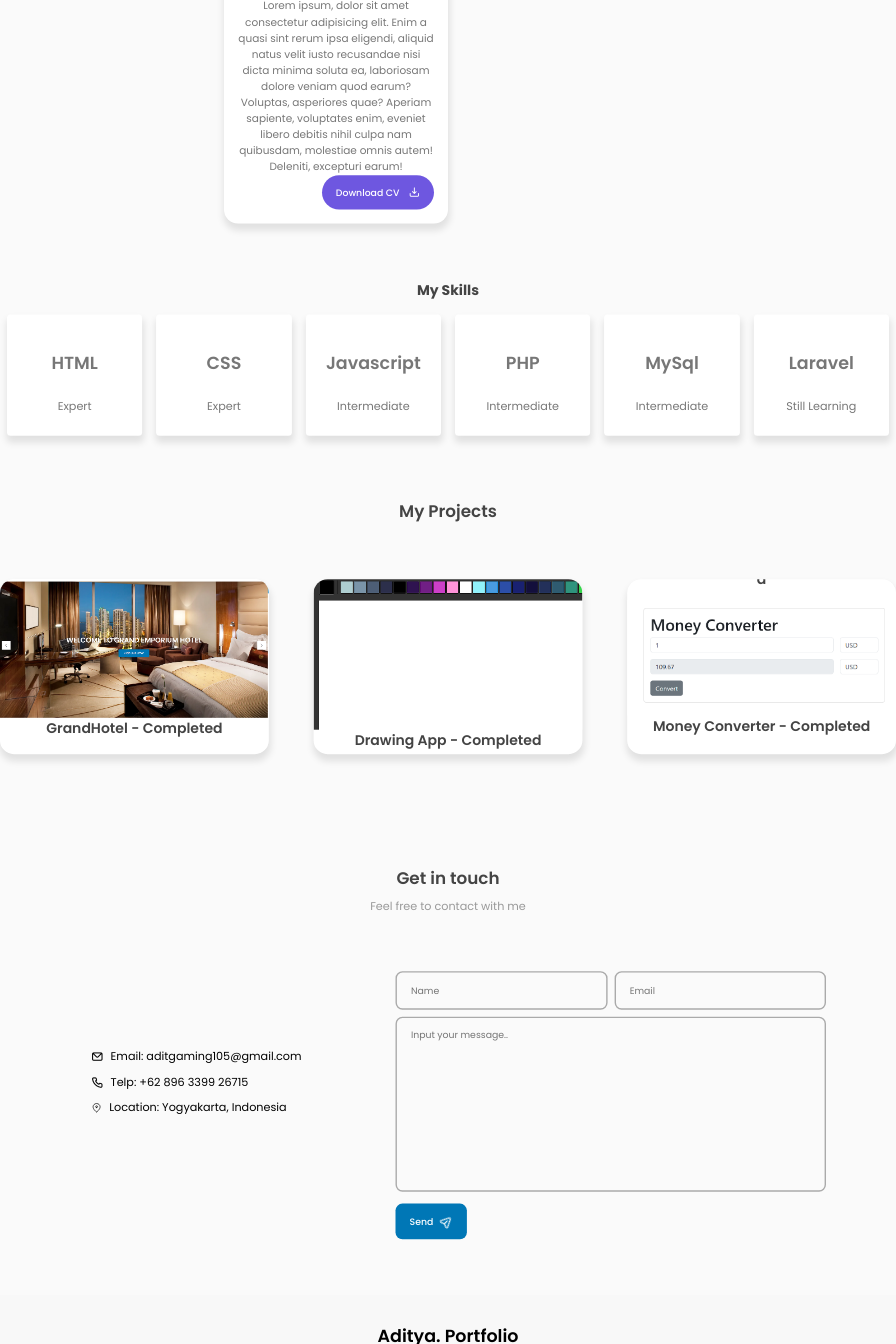
Repository: 4Kbrain/Portofolio
Page: index.html
These files come from the project's save history. The page is drawn as it stood at one moment and after the next save; the edit follows.
The browser window is 1280 px wide. The pictures show the part of the page from y = 949 to 2869 px (the page is 3123 px tall before and 3153 px after), at 70% of full size.

Above is the page before, as saved 2024-05-15 19:17:24.
Console error: ReferenceError: ScrollReveal is not defined

After the next save:
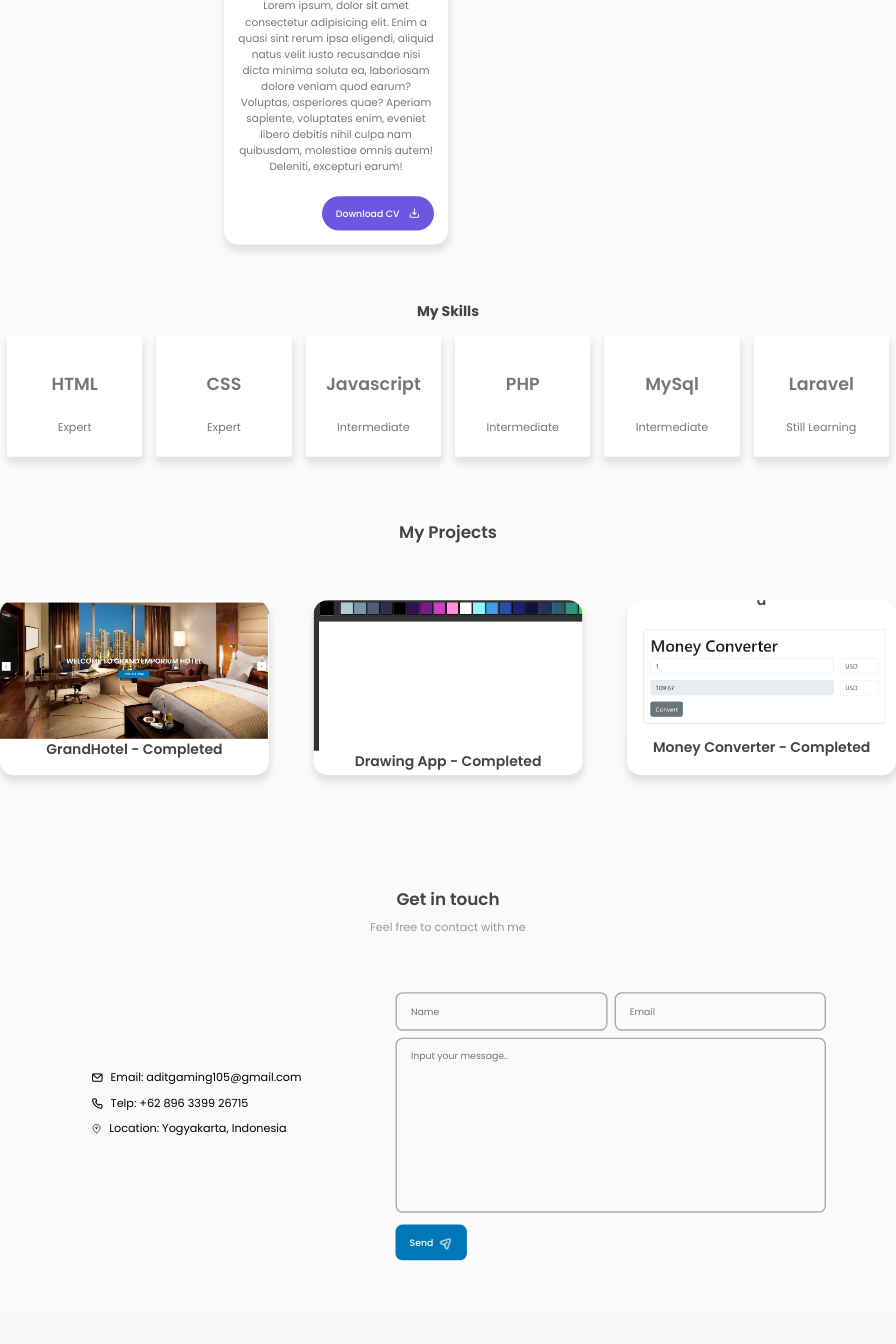
Saved 5 s later.
--- a/assets/css/style.css
+++ b/assets/css/style.css
@@ -310,7 +310,7 @@ h3{
     text-align: center;
     margin-left: 50%;
     flex-direction: column;
-    padding-block: 30px 70px;
+    padding-block: 30px 100px;
     padding-inline: 20px;
     width: 100%;
     background: var(--color-white);
